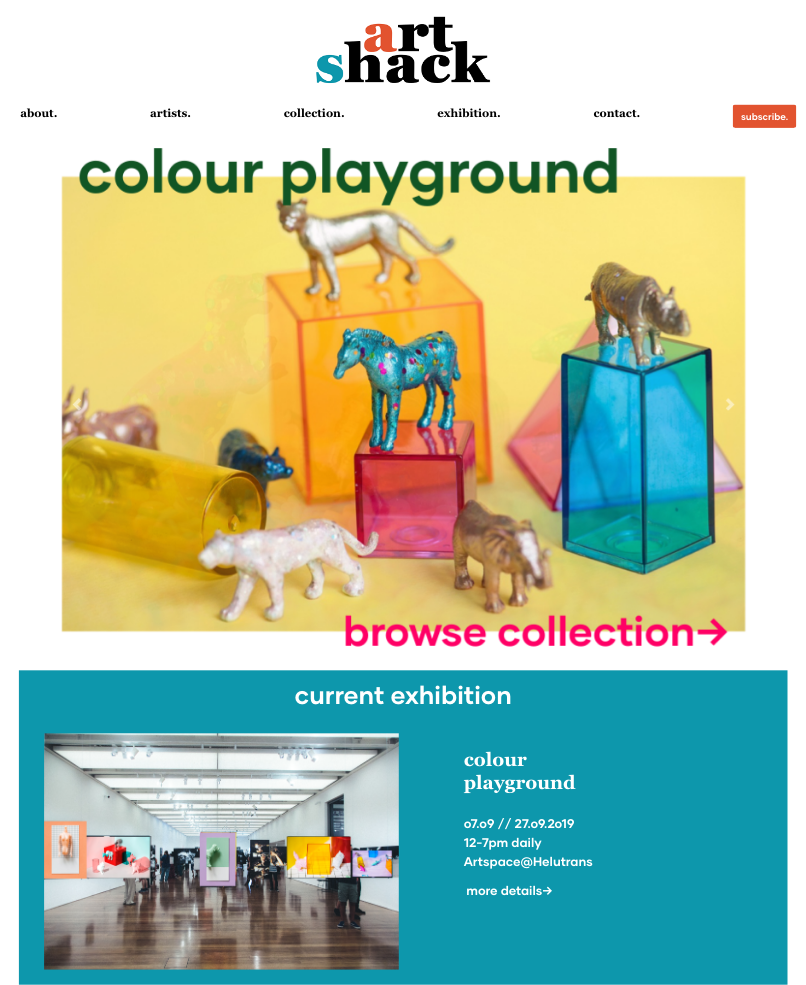
Repository: lynette-lyf/artshack
Page: index.html
The author's editor kept a record of every edit. The page is drawn from the files as they stood at one moment, then again after the next edit.
The browser window is 1280 px wide. The pictures show the whole page, at 63% of full size.

Above is the page before.

### index.html
<!doctype html>
<html lang="en">

<head>
  <!-- Required meta tags -->
  <meta charset="utf-8">
  <meta name="viewport" content="width=device-width, initial-scale=1, shrink-to-fit=no">

  <!-- Bootstrap CSS -->
  <link rel="stylesheet" href="https://stackpath.bootstrapcdn.com/bootstrap/4.3.1/css/bootstrap.min.css" integrity="sha384-ggOyR0iXCbMQv3Xipma34MD+dH/1fQ784/j6cY/iJTQUOhcWr7x9JvoRxT2MZw1T" crossorigin="anonymous">
  <link rel="stylesheet" href="style.css" />
  <link rel="stylesheet" href="https://cdnjs.cloudflare.com/ajax/libs/font-awesome/4.7.0/css/font-awesome.min.css">
  <title>artshack</title>

  <style>
/* font converted using font-converter.net. thank you! */
@font-face {
  font-family: "Georgia-Bold";
  src: url("./fonts/georgiab.eot"); /* IE9 Compat Modes */
  src: url("./fonts/georgiab.eot?#iefix") format("embedded-opentype"), /* IE6-IE8 */
    url("./fonts/georgiab.otf") format("opentype"), /* Open Type Font */
    url("./fonts/georgiab.svg") format("svg"), /* Legacy iOS */
    url("./fonts/georgiab.ttf") format("truetype"), /* Safari, Android, iOS */
    url("./fonts/georgiab.woff") format("woff"), /* Modern Browsers */
    url("./fonts/georgiab.woff2") format("woff2"); /* Modern Browsers */
  font-weight: normal;
  font-style: normal;
}


/* font converted using font-converter.net. thank you! */
@font-face {
  font-family: "GilmerBold";
  src: url("./fonts/GilmerBold.eot"); /* IE9 Compat Modes */
  src: url("./fonts/GilmerBold.eot?#iefix") format("embedded-opentype"), /* IE6-IE8 */
    url("./fonts/GilmerBold.otf") format("opentype"), /* Open Type Font */
    url("./fonts/GilmerBold.svg") format("svg"), /* Legacy iOS */
    url("./fonts/GilmerBold.ttf") format("truetype"), /* Safari, Android, iOS */
    url("./fonts/GilmerBold.woff") format("woff"), /* Modern Browsers */
    url("./fonts/GilmerBold.woff2") format("woff2"); /* Modern Browsers */
  font-weight: normal;
  font-style: normal;
}

    .logo {
      width: 280px;
    }

    /*Custom BootStrap4 CSS Styling credits to Saranya Rajendran @ https://stackoverflow.com/questions/49400853/how-to-change-navbar-hover-color-on-bootstrap-4/49405726*/

    .navbar-light .navbar-brand {
      color: black;
    }

    .navbar-light .navbar-nav .active>.nav-link,
    .navbar-light .navbar-nav .nav-link.active,
    .navbar-light .navbar-nav .nav-link.show,
    .navbar-light .navbar-nav .show>.nav-link {
      color: black;
    }

    .navbar-light .navbar-nav .nav-link {
      color: black;
    }

    .navbar-light .navbar-nav .nav-link-about,
    .navbar-light .navbar-nav .nav-link-artists,
    .navbar-light .navbar-nav .nav-link-collection,
    .navbar-light .navbar-nav .nav-link-exhibition,
    .navbar-light .navbar-nav .nav-link-contact {
      color: black;
    }

    .navbar-light .navbar-nav .nav-link-about:hover,
    .navbar-light .navbar-nav .nav-link-contact:hover {
      color: rgb(13, 151, 172) !important;
      text-decoration: none;
    }

    .navbar-light .navbar-nav .nav-link-artists:hover {
      color: rgb(6, 81, 37) !important;
      text-decoration: none;
    }

    .navbar-light .navbar-nav .nav-link-collection:hover {
      color: rgb(221, 160, 51) !important;
      text-decoration: none;
    }

    .navbar-light .navbar-nav .nav-link-exhibition:hover {
      color: rgb(226, 83, 47) !important;
      text-decoration: none;
    }

    .navbar ul {
      display: flex;
      align-items: stretch;
      /* Default */
      justify-content: space-between;
      width: 100%;
      background: #fff;
      margin: 0;
      padding: 0;
    }

    .navbar li {
      display: block;
      flex: 0 1 auto;
      /* Default */
      list-style-type: none;
      background: #fff;
    }

    .navbar .nav-item-subscribe {
      color: white;
    }

    .navbar {
      font-family: Georgia-Bold;
      color: black;
      font-size: 18px;
    }

    form {
      font-family: GilmerBold;
    }

    .form-group .form-control {
      background-color: rgb(6, 81, 37);
      color: white;
    }

    .btn {
      font-family: GilmerBold;
      font-size: 15px;
      color: white;
      background-color: rgb(226, 83, 47);
    }

    .btn:hover {
      color: white;
      background-color: rgb(13, 151, 172);
    }

    .btn:focus {
      color: orange;
    }

    .container-fluid-exhibition {
      background-color: rgb(13, 151, 172);
    }

    .container-fluid-exhibition #current-exhibition,
    .container-fluid-contact #contact,
    .container-fluid-collection #collection {
      font-family: GilmerBold;
      font-size: 40px;
      color: white;
    }

    h2 {
      font-family: Georgia-Bold;
      font-size: 30px;
      color: white;
    }

    .container-fluid-exhibition ul {
      list-style: none;
      font-family: GilmerBold;
      font-size: 20px;
      color: white;
      padding: 0;
    }

    .container-fluid-exhibition .row a {
      text-decoration: none;
      font-family: GilmerBold;
      font-size: 20px;
      color: white;
    }

    .container-fluid-exhibition .row a:hover {
      color: rgb(221, 160, 51);
    }
  </style>
  </head>

  <header>
    <!--Logo with navigation to Home Page-->
  <div class="container-fluid">
    <div class="logo mx-auto pt-4">
      <a href="#"><img class="img-fluid" src="images/logo.png"></img></a>
    </div>

  </div>

  <div class="container-fluid pl-0 pr-0">
    <!--Navbar credits to https://getbootstrap.com/docs/4.3/components/navbar/-->
    <nav class="navbar navbar-expand-lg navbar-light bg-nobg">
      <a class="navbar-brand" href="#"></a>
      <button class="navbar-toggler" type="button" data-toggle="collapse" data-target="#navbarNav" aria-controls="navbarNav" aria-expanded="false" aria-label="Toggle navigation">
    <span class="navbar-toggler-icon"></span>
  </button>
      <div class="collapse navbar-collapse" id="navbarNav">
        <ul class="navbar-nav">
          <li class="nav-item active">
            <a class="nav-link-about" href="about.html">about.</a>
          </li>
          <li class="nav-item">
            <a class="nav-link-artists" href="artists.html">artists.</a>
          </li>
          <li class="nav-item">
            <a class="nav-link-collection" href="#collection">collection.</a>
          </li>
          <li class="nav-item">
            <a class="nav-link-exhibition" href="#current-exhibition">exhibition.</a>
          </li>
          <li class="nav-item">
            <a class="nav-link-contact" href="#contact">contact.</a>
          </li>
          <!--Modal credits to https://mdbootstrap.com/docs/jquery/modals/forms/-->
          <li class="nav-item-subscribe">
            <a class="btn btn-default btn-rounded mb-4" data-toggle="modal" data-target="#modalSubscriptionForm">subscribe.</a>
          </li>
          <div class="modal fade" id="modalSubscriptionForm" tabindex="-1" role="dialog" aria-labelledby="myModalLabel" aria-hidden="true">
            <div class="modal-dialog" role="document">
              <div class="modal-content">
                <div class="modal-header text-center" style="color: white;background-color:rgb(221,160,51);">
                  <h4 class="modal-title">Subscribe to our Newsletter
                    <div style="font-size: 14px">(& get exclusive invitations to
                      <div> our exhibition openings!)</div>
                    </div>
                  </h4>
                  <button type="button" class="close" data-dismiss="modal" aria-label="Close">
          <span aria-hidden="true">&times;</span>
        </button>
                </div>
                <div class="modal-body" style="color: white;background-color:rgb(6,81,37);">
                  <div class="md-form mb-1 mt-2 mx-3">
                    <input type="text" id="form3" class="form-control validate">
                    <label data-error="wrong" data-success="right" for="form3">name</label>
                  </div>

                  <div class="md-form mx-3">
                    <input type="email" id="form2" class="form-control validate">
                    <label data-error="wrong" data-success="right" for="form2">email address</label>
                  </div>

                </div>
                <div class="modal-footer d-flex justify-content-center" style="color: white;background-color:rgb(226,83,47);>
        <button type="button" class="btn">Subscribe</button>
      </div>
    </div>
  </div>
</div>
        </ul>
      </div>
    </nav>
</header>


<body>
  <div class="container-fluid ">
    <div class="col ">
      <div class="row-md " id="image-gallery ">
<!--Carousel credits to https://getbootstrap.com/docs/4.3/components/carousel/-->
<div id="carouselExampleFade" class="carousel slide carousel-fade" data-ride="carousel">
  <div class="carousel-inner">
    <a href="#collection"><div class="carousel-item active">
      <img src="images/gallery3.png" class="d-block w-100" alt="...">
    </div>
    <div class="carousel-item">
      <img src="images/gallery6.png" class="d-block w-100" alt="...">
    </div>
    <div class="carousel-item">
      <img src="images/gallery5.png" class="d-block w-100" alt="...">
    </div>
    <div class="carousel-item">
      <img src="images/gallery4.png" class="d-block w-100" alt="...">
    </div>
  </div>
  <a class="carousel-control-prev" href="#carouselExampleFade" role="button" data-slide="prev">
    <span class="carousel-control-prev-icon" aria-hidden="true"></span>
    <span class="sr-only">Previous</span>
  </a>
  <a class="carousel-control-next" href="#carouselExampleFade" role="button" data-slide="next">
    <span class="carousel-control-next-icon" aria-hidden="true"></span>
    <span class="sr-only">Next</span>
  </a>
</div>
</a>
          </div>

<!--Current exhibition section-->
          <div class="container-fluid-exhibition mt-3 ">
            <div class="row ">
              <div class="col text-center my-2 mx-3 " id="current-exhibition">current exhibition</div>
            </div>

            <div class="row ">
              <div class="col-sm-10 col-md-10 col-lg-6 my-2 mx-4 "><img class="img-fluid p-3 " src="images/exhibition.png "></div>

              <div class="row ">
                <div class="col-sm-12 col-sm-12 col-lg-8 m-5 ">
                  <h2>colour playground</h2>
                  <div class="row mx-3 my-3 row-sm-5 row-md-4 row-lg-4 "></div>
                  <ul>
                    <li>o7.o9 // 27.o9.2o19</li>
                    <li>12-7pm daily</li>
                    <li>Artspace@Helutrans</li>
                  </ul>
                  <div class="row mx-1 my-3 "><a href='https://www.artporters.com/wp-content/uploads/2019/08/Colour-Playground-Catalogue-1.pdf'>more details→</a>
                  </div>
                </div>
</div>
</div>









                      <!-- Optional JavaScript -->
                <!-- jQuery first, then Popper.js, then Bootstrap JS -->
                <script src="https://code.jquery.com/jquery-3.3.1.slim.min.js " integrity="sha384-q8i/X+965DzO0rT7abK41JStQIAqVgRVzpbzo5smXKp4YfRvH+8abtTE1Pi6jizo " crossorigin="anonymous ">
                </script>
                <script src="https://cdnjs.cloudflare.com/ajax/libs/popper.js/1.14.7/umd/popper.min.js " integrity="sha384-UO2eT0CpHqdSJQ6hJty5KVphtPhzWj9WO1clHTMGa3JDZwrnQq4sF86dIHNDz0W1 " crossorigin="anonymous ">
                </script>
                <script src="https://stackpath.bootstrapcdn.com/bootstrap/4.3.1/js/bootstrap.min.js " integrity="sha384-JjSmVgyd0p3pXB1rRibZUAYoIIy6OrQ6VrjIEaFf/nJGzIxFDsf4x0xIM+B07jRM " crossorigin="anonymous ">
                </script>
</body>
</html>

Loaded but not shown: style.css (no stored copy; drawn as an empty file)

After the next edit:
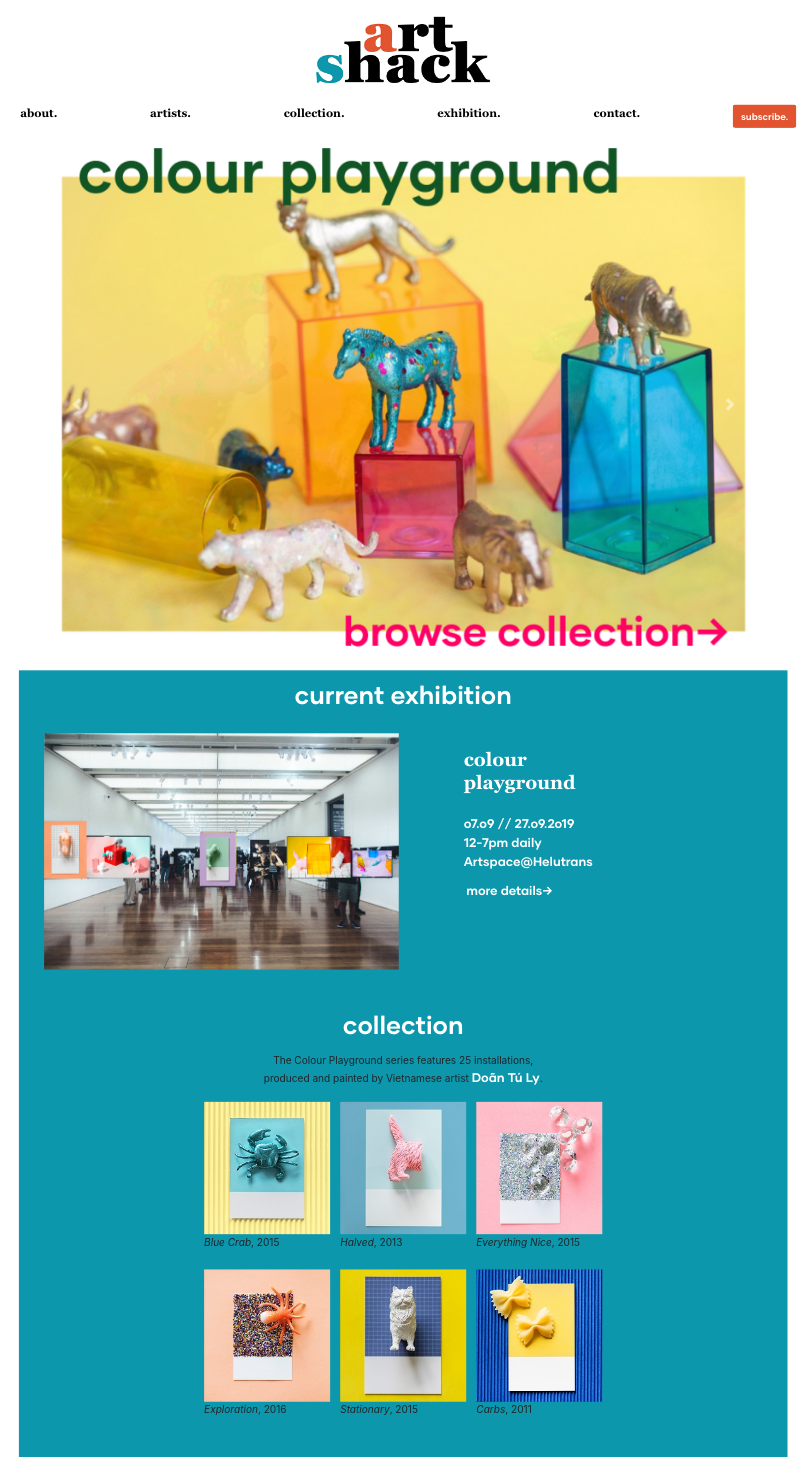
The edit:
--- a/index.html
+++ b/index.html
@@ -314,7 +314,58 @@
                 </div>
 </div>
 </div>
-
+<!--Collection section with image gallery and image captions on hover-->
+<div class="container-fluid-collection">
+<div class="box">&nbsp;</div>
+            <div class="row ">
+              <div class="col text-center my-2 mx-3" id="collection">collection</div>
+            </div>
+ <div class="row justify-content-center">
+              <div class="col text-center col-sm-8 col-md-8 col-lg-10 my-2 mx-4 ">
+              <p>The Colour Playground series features 25 installations,<br>
+produced and painted by Vietnamese artist <span><a href="artists.html#D">Doãn Tú Ly</a></span>.</p></div>
+
+    </div>
+</div>
+
+
+
+<div class="container-fluid-imagegallery">
+<div class="row justify-content-center">
+
+
+<div class="column px-1 mx-1" id="onesix">
+<img class="img1" src="images/collection1.jpg">
+<p class="text1"><i>Blue Crab</i>, 2015</p>
+</div>
+
+<div class="column px-1 mx-1" id="twosix">
+<img class="img2" src="images/collection2.jpg">
+<p class="text2"><i>Halved</i>, 2013</p>
+</div>
+
+<div class="column px-1 mx-1" id="threesix">
+<img class="img3" src="images/collection3.jpg">
+<p class="text3"><i>Everything Nice</i>, 2015</p>
+</div>
+
+
+</div>
+ <div class="row justify-content-center pt-3 pb-5">
+<div class="column px-1 mx-1" id="foursix">
+<img class="img4" src="images/collection4.jpg">
+<p class="text4"><i>Exploration</i>, 2016</p>
+</div>
+<div class="column px-1 mx-1" id="fivesix">
+<img class="img5" src="images/collection5.jpg">
+<p class="text5"><i>Stationary</i>, 2015</p>
+</div>
+<div class="column px-1 mx-1" id="sixsix">
+<img class="img6" src="images/collection6.jpg">
+<p class="text6"><i>Carbs</i>, 2011</p>
+</div>
+  </div>
+</div>
 
 
 
